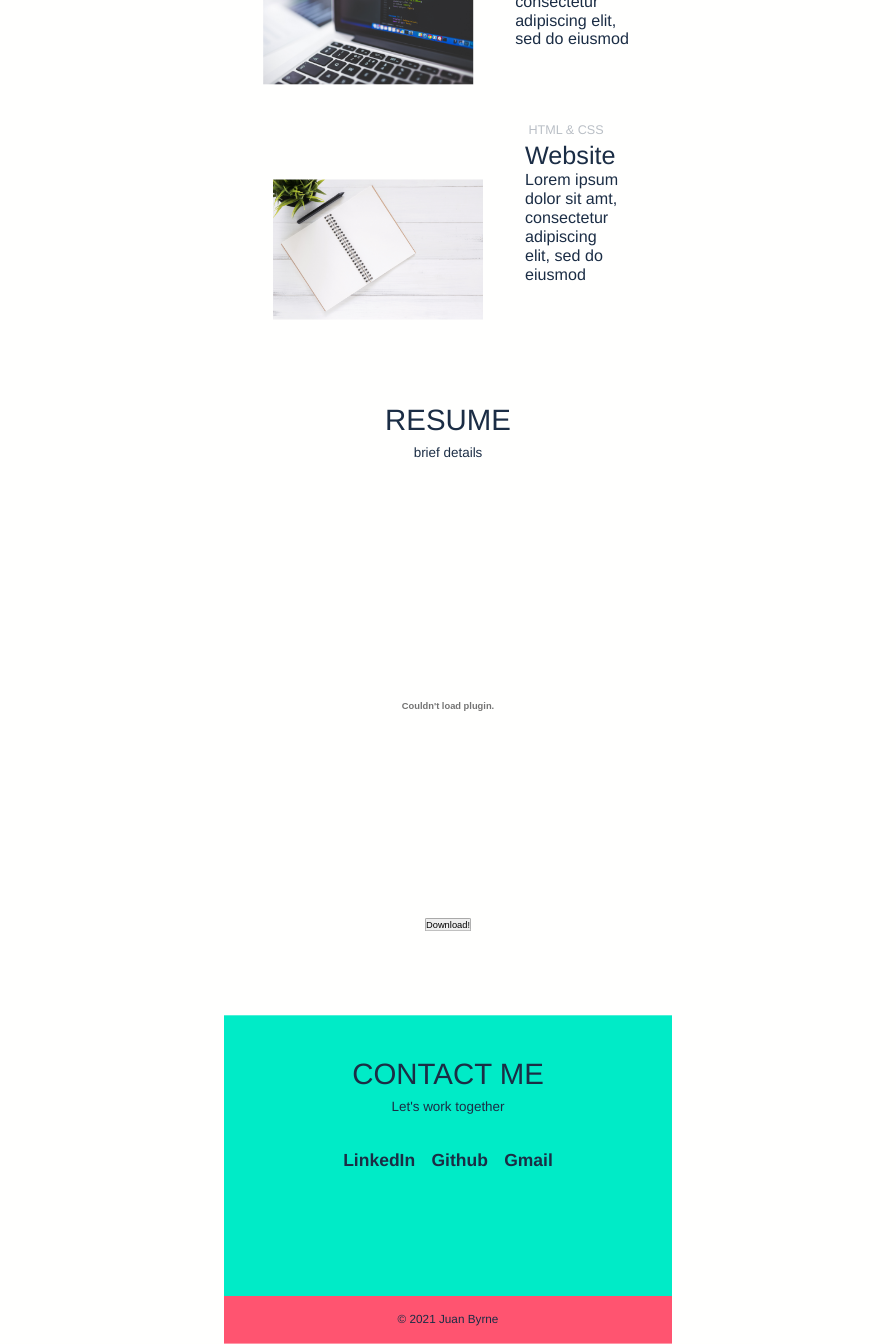
Repository: jb150524/JB-Portfolio
Page: index.html
An editor plug-in stored every save of this project. The page is shown before and after the next save, followed by the edit.
The browser window is 1280 px wide. The pictures show the part of the page from y = 2978 to 4898 px (the page is 4898 px tall before and 4879 px after), at 70% of full size.
Some icons come from a web library that is not loaded, so they are not drawn.

Above is the page before, as saved 2021-07-24 22:45:45.

### index.html
<!DOCTYPE html>
<!-- saved from url=(0053)file:///Users/jja/FullStack_HW/juanwebsite/index.html -->

    <html lang="en"><head><meta http-equiv="Content-Type" content="text/html; charset=UTF-8">

    <meta http-equiv="X-UA-Compatible" content="IE=edge">
    <meta name="viewport" content="width=device-width, initial-scale=1.0">

    <!-- CSS style sheet -->
    <link rel="stylesheet" href="style.css">



    <title>Juan's Portfolio</title>
    </head>

    <body>
    <header>
      <nav class="top-nav">
       <ul class="nav-list">
       <li>
       <a href="file:///Users/jja/FullStack_HW/juanwebsite/index.html">Home</a>
       <a href="file:///Users/jja/FullStack_HW/juanwebsite/index.html#about">About</a>
       <a href="file:///Users/jja/FullStack_HW/juanwebsite/index.html#portfolio">Portfolio</a>
       <a href="file:///Users/jja/FullStack_HW/juanwebsite/index.html#resume">Resume</a>
       <a href="file:///Users/jja/FullStack_HW/juanwebsite/index.html#contact">Contact</a>
       </li>
      </ul>
      </nav>

    <div class="main">
      <div class="landing-text">
        <h1>JuanByrne</h1>
        <h6>Graphic Designer and Web Developer</h6>
      </div>
    </div>
    </header>

    <section class="about" id="about">
      <div class="container">
        <a class="about-details">
        <div class="about-heading">
        <h1>About</h1>
        <h6>Myself</h6>
      </div>
        <p>
        I'm a Graphic Designer trying to become a full stack developer. I am from Guadalajara, Mexico. I was born in Mexico, but at a young age I moved to the USA. One of my favorite hobbies is playing competative soccer. Playing soccer has taught me perseverance, how to be a team player, and most importantly how to lose. I currently live in Wayne, Pennsylvania, but have previously lived in Guadalajara, Mexico and Orange County, California. I want to become a web developer because I want to learn a skill that motivates me and pushes me to try new things. I am excited about web developing and want a career that gives me a spark, like I get when I play soccer, with competitiveness, passion, and the belief that I can succeed.
        </p>
        </a>
        </div>
        </section>
        <a class="about-details">
          <section class="experience" id="experience">
            <div class="container">
                <div class="section-heading">
                <h1>Experience</h1>
                <h6>What I can do for you</h6>
            </div>
        <div class="my-skills">
          <div class="skills" ="">
           <div class="icon-container">
            <i class="fas fa-code"></i>
          </div>
          <h1>Graphic Designer</h1>
            <p>
            I'm a Graphic Designer with 2 years of experience working in the advertising industry. Possesses a high degree of competence using programs such as Adobe Photoshop, InDesign, and HTML & CSS.
            </p>
        </div>

        <div class="skills">
          <div class="icon-container">
          <i class="fas fa.codse"></i>
          </div>
          <h1>Web Development</h1>
          <p>
          Learning to become a Web developer and to sharpen my skills. I have a great understanding in Javascript and HTML & CSS.
          </p>
        </div>
        </div>
        </div>
        </section>
        </a>
        <section class="portfolio" id="portfolio"><a class="about-details">
          </a>
          <div class="container"><a class="about-details">
          <div class="section-heading">
           <h1>Portfolio</h1>
           <h6>View my recent work</h6>
        </div>
          </a>
          <div class="portfolio-item"><a class="about-details">
          <div class="portfolio-img has-margin-right">
            <img src="images/desk.jpg" alt="">
          </div>
            </a><div class="portfolio-description"><a class="about-details">
              <h6>Graphic Designer</h6>
              <h1>Illustrator</h1>
              <p>
              Designed content for customer brochure, banners and rack cards using Adobe Illustrator, Adobe InDesign and Photoshop.
              </p>
            </a><a href="file:///Users/jja/FullStack_HW/juanwebsite/index.html#" class="cta"> View Details</a>
        </div>
        </div>
        <div>
        <div class="portfolio-item">
          <div class="portfolio-img has-margin-right">
            <img src="images/laptop.jpg" alt="">
            </div>
            <div class="portfolio-description">
            <h6>Web Development</h6>
            <h1>JavaScript</h1>
            <p>
            Lorem ipsum dolor sit amt, consectetur adipiscing elit, sed do eiusmod
            </p>
            <a href="file:///Users/jja/FullStack_HW/juanwebsite/index.html#" class="cta"> View Details</a>
            </div>
        </div>
        <div>
          <div class="portfolio-item">
            <div class="portfolio-img has-margin-right">
            <img src="images/notebook.jpg" alt="">
            </div>
            <div class="portfolio-description">
            <h6>HTML & CSS</h6>
            <h1>Website</h1>
            <p>
            Lorem ipsum dolor sit amt, consectetur adipiscing elit, sed do eiusmod
            </p>
            <a href="file:///Users/jja/FullStack_HW/juanwebsite/index.html#" class="cta"> View Details</a>
            </div>
            </div>
            </div>
          </div>
        </div>
        </section>

    <section class="resume" id="resume">
      <div class="container">
        <div class="section-heading">
        <h1>Resume</h1>
        <h6>brief details</h6>
        <embed src="JByrne Resume 2021 FINAL.pdf" type="application/pdf" width="100%" height="600px" />
        <input type="button" value="Download!">
        </p>
        </div>

    <section class="contact" id="contact">
        <div class="container">
          <div class="section-heading">
          <h1>Contact Me</h1>
          <ul>
          <li>
          <h6>Let's work together</h6>
          <a href="file:///Users/jja/FullStack_HW/juanwebsite/www.linkedin.com/in/juan-byrne-43869ab7">LinkedIn</a>
          <a href="https://github.com/jb150524">Github</a>
          <a href="file:///Users/jja/FullStack_HW/juanwebsite/juan1505@gmail.com">Gmail</a>
          </li>
          </ul>
        </div>
       </div>
    </section>

    <footer class="copyright">
      <div class="up" id="up">
       <i class="fas fa-chevron-up"></i>
      </div>
      <p>© 2021 Juan Byrne</p>
    </footer>
  </div>
  </section>

   <!-- adding icons -->
   <script src="https://fontawesome.com/v5.15/icons/code?style=solid" crossorigin="anonymous"></script>

</body>
</html

### style.css
/* Start global*/

* {
    margin: 0;
    padding: 0;
    box-sizing: border-box;
}

html {
    font-size: 12px;
    font-family: Helvetica, sans-serif;
    /* color: rgb(255, 255, 255); */
}

body {
    width: 100%;
    height: 100%;
    background-color: #fffffe;
    background-size: cover;
}

section {
    padding: 60px 0;
}

h6 {
    color: #1b2d45;
    margin: 5px;
}

a {
    text-decoration: none;
    color: #1b2d45;
}

p {
   font-size: 23px;
   font-weight: 300;
   color: #1b2d45;
}



img {
    max-width: 100%;
    height: auto;
}

.main {
    padding: 16px;
    margin-top: 30px;
    height: 1500px; /* Used in this example to enable scrolling */
  }

/* Start reusable*/

.container {
    width: 50%;
    max-width: 120rem;
    height: 100%;
    margin: 0 auto;
    position: relative;
}

.container-details p {
    font-size: 200px;
    padding: 35px;
}

.section-heading {
    text-align: center;
    margin-bottom: 10rem;
}

.section-heading h1 {
    font-family: major mono display, Helvetica, sans-serif;
    font-size: 3.5rem;
    color: #1b2d45;
    text-transform: uppercase;
    font-weight: 300;
    position: relative;
    margin-bottom: 1rem;
}

.section-heading h1::before,
.section-heading h1::after {
    content: "";
    position: absolute;
    bottom: -.5rem;
    left: 50%;
    transform: translateX(-59%);
    background: color #fff8e8;
}

.section-heading h1::before {
    width: 10rem;
    height: 3px;
    border-radius: .8rem;
}

.section-heading h1::after {
    height: 1.5rem;
    border-radius: .100%;
    bottom: 1rem;
}

.section-heading h6 {
    font-size: 1.6rem;
    font-weight: 300;
    margin-bottom: 50px;
}

.has-margin-right {
    margin-right: 5rem;
}
/* End reusable*/

/* Start header*/
header {
    width: 100%;
    height: 100vh;
}

.nav-list {
    z-index: 2;
    top: 0;
    background:#00ebc7;
    overflow: hidden;
    font-size: 35px;
    font-family: major mono display;
    margin: 0;
    padding: 20px;
    position: fixed;
    list-style: none;
    width: 100%;
    display: flex;
    justify-content: center;
    align-items: flex-start;
    text-decoration: none;
}

li {
    margin: 0;
    list-style: none;
}

.nav-link {
    font-family: Arial, Helvetica, sans-serif;
    font-size: 15px;
    padding: 5px;
}

.nav-link:hover,
.nav-ink:focus {
    background: linear-gradient(to top, #5725b3, #9e91e9 );
    -webkit-background-clip: text;
    -webkit-text-fill-color: transparent;

}

.landing-text{
    position: absolute;
    top: 50%;
    left: 50%;
    transform: translate(-50%, -50%);
    width: 100%;
    text-align: center;
    z-index: 1;
}

.landing-text h1 {
    font-size: 150px;
    font-family: major mono display, Helvetica, sans-serif, Helvetica, sans-serif;
    background: linear-gradient(to top, #110202, #000000 );
    -webkit-background-clip: text;
    -webkit-text-fill-color: transparent;
    padding: 1rem;
    user-select: none;

}

.landing-text h6 {
    font-size: 2rem;
    font-weight: 300;
}
/* End header*/

.about .container {
    display: flex;
    align-items: center;
    justify-content: center;
}

.about-heading {
    text-align: center;
    text-transform: uppercase;
    line-height: 10px;
    margin-bottom: 6rem;
}

.about-heading h1 {
    font-size: 10rem;
    opacity: .3;
    font-family: major mono display;
}

.about-heading h6 {
    font-size: 2rem;
    font-weight: 300;
}

/* .about-container p {
   font-size: 50px;
} */

.profile-img {
    max-width: 100%;
    display: inline-block;
}

/* Start services*/

.my-skills {
    display: grid;
    grid-template-columns: repeat(auto-fit, minmax(25rem, 1fr));
    grid-gap: 2.5rem;
    text-align: center;
}

.skills p {
    padding: 15px 5px 5px 5px;
    text-align: left;
}

.skills h1 {
    text-transform: uppercase;
    letter-spacing: 2px;
    margin: 2rem -2px 2rem 0;
}

.icon-container {
    width: 10rem;
    height: 10rem;
    border: 2px solid #1b2d45;
    background-color: #00ebc7;
    margin-bottom: 2rem;
    display: inline-block;
}

.icon-container i {
    color:#1b2d45;
    font-size: 5rem;
    margin: auto;
}
/* End services*/

/* Start portfolio*/

.portfolio-item {
    display: flex;
    align-items: end;
    justify-content: center;
    flex-direction: row;
    flex-wrap: wrap;
    align-content: stretch;
    margin-bottom: 50px;

}
.portfolio-img {
    width: 300px;
    height: 200px;
    background-size: 100%;
}

.portfolio-item:last-child {
    margin: 0;
}

.portfolio-description {
    flex: .5;
    color: #1b2d45;

}

.portfolio-description h1 {
    font-size: 3rem;
    font-weight: 300;
    margin: 1px 0;
    display: contents;
}

.portfolio-description h6 {
    font-size: 1.5rem;
    text-transform: uppercase;
    font-weight: 300;
    opacity: 0.3;
}

.portfolio-description .cta {
    display: inline-block;
    margin-top: 2.5rem;
    font-size: 1.5rem;
    text-transform: uppercase;
    color: #fffffe;
    transition: color 650ms;
}

.portfolio-description .cta:hover {
    color: #2f67cd;
}
/* End portfolio*/


/*Star contact*/

.contact {
    background-color:#00ebc7;
}

.contact a {
    font-weight: bold;
    margin: 10px;
    margin-top: 20px;
    padding: 15px 0;
    text-align: center;
    font-size: 25px;
}

/*End contact*/

/*Star footer*/

.copyright {
    width: 100%;
    text-align: center;
    background-color:#ff5470;
    padding: 2rem 0;
    position: absolute;
    display: block;
}

/* .up {
    position: absolute;
    width: 5rem;
    height: 5rem;
    background-color: burlywood;
    top: -2.5rem;
    right: 5rem;
    border-radius: 100%;
    display: flex;
    animation: pulse 2s infinite;
    cursor: pointer;
}

.up i {
    color: navy;
    font-size: 2rem;
    margin: auto;
} */

.copyright p {
    font-size: 1.4rem;
}
/*End footer*/

/*Start Button animation*/

@keyframes pulse {
    0%{
        box-shadow: 0 0 0 0 rgba(253, 87, 191, 0.99);
    }
    70%{
        box-shadow: 0 0 0 2rem rgba(253, 87, 191, 0);
    }
    100%{
        box-shadow: 0 0 0 0 rgba(253, 87, 191, 0);
    }
}
/*End Button animation*/

/*Start media queries*/

@media screen and (max-width: 768px) {
    body {
        background-color: #fffffe;
        background-size: cover;
    }

    .landing-text h1 {
        font-size: 70px;
    }

    .landing-text h6 {
        font-size: 1.7rem;
    }

    .nav-list {
        font-size: 15px;
    }

    li {
        margin: 2rem 0;
    }

    .nav-ink {
        font-size: 4.5rem;
    }

    .about-heading {
        font-size: 15px;
    }

    .section-heading h1 {
        font-size: 3rem;
    }

    .about-details .nav-list {
        flex-direction: initial;
    }

    .about-details li {
        font-size: 10px;
        margin: 0 2rem;
    }

@media screen and (max-width: 600px) {

    .landing-text h1 {
        font-size: 8rem;
    }

    .landing-text h6 {
        font-size: 1.4rem;
    }

    .nav-link {
        font-size: 3.5rem;
    }

    .profile-img {
        margin-top: 0 0 7rem 0;
    }

    .portfolio-item {
        flex-direction: column;
    }

    .portfolio-img {
        margin: 0 0 2rem 0;
        order: 1;
    }

    .portfolio-description {
        margin: 0;
        order: 2;
    }

    form {
        width: 100%;
    }

    .up {
        right: 2rem;
    }
}
/*End media queries*/

After the next save:
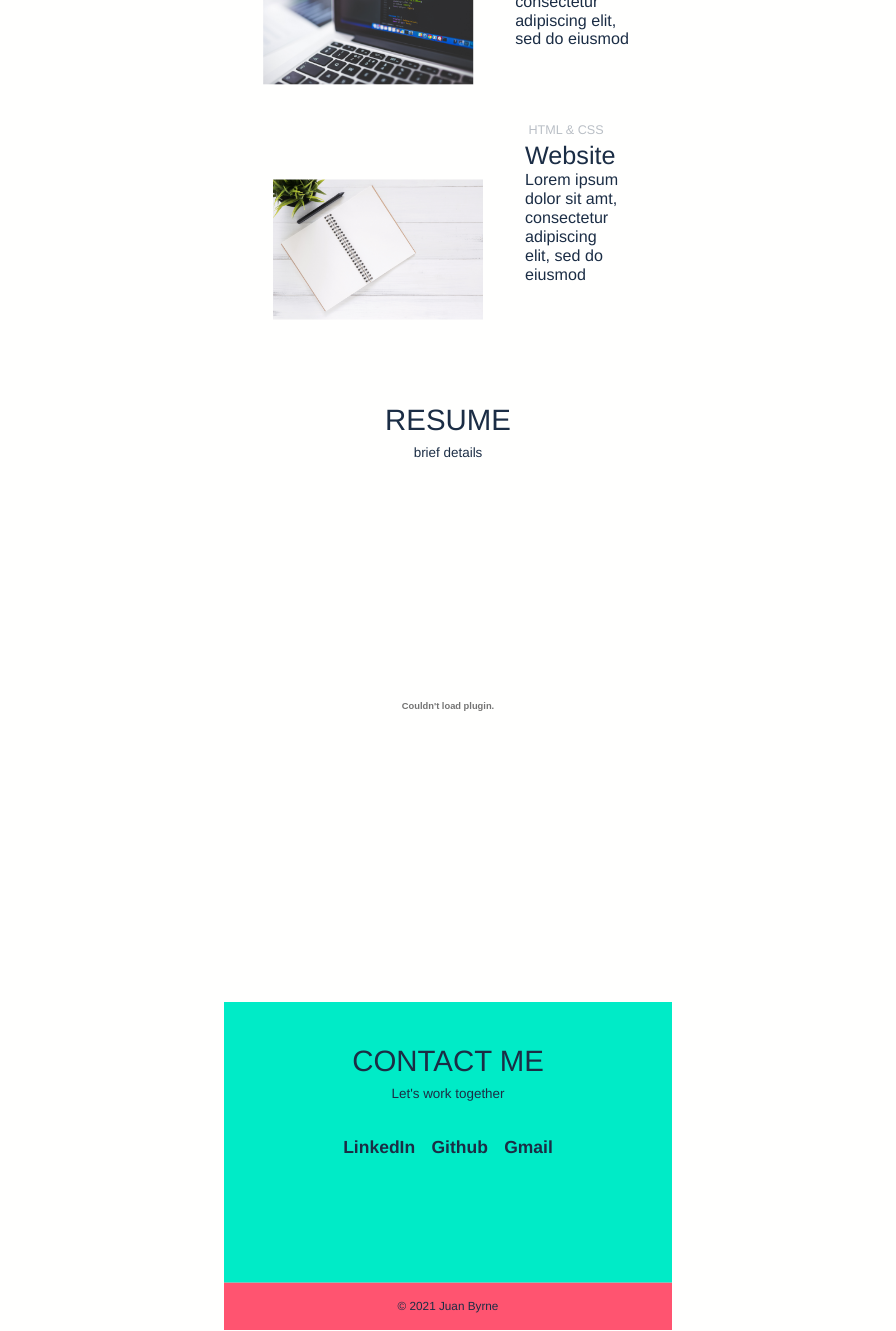
Saved 2 min 3 s later.
--- a/index.html
+++ b/index.html
@@ -140,7 +140,7 @@
         <h1>Resume</h1>
         <h6>brief details</h6>
         <embed src="JByrne Resume 2021 FINAL.pdf" type="application/pdf" width="100%" height="600px" />
-        <input type="button" value="Download!">
+        <!-- <input type="button" value="Download!"> -->
         </p>
         </div>
 
